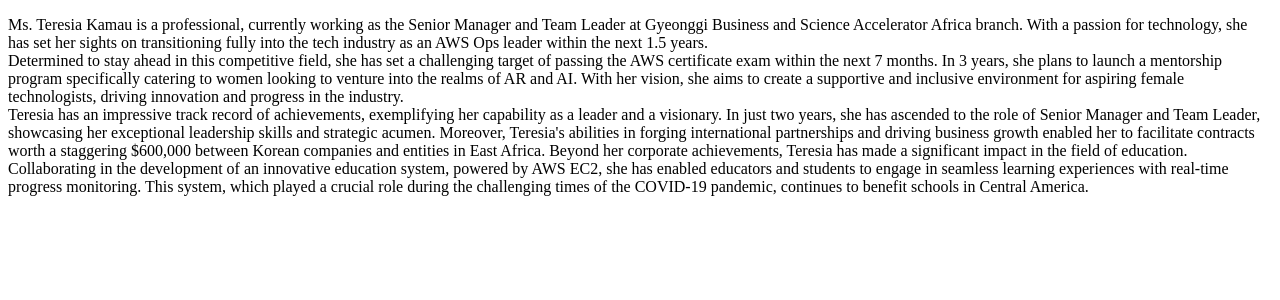
Repository: tessa5/developerPortfolio
Page: public/bio.html
The author's editor kept a copy of each file at every save. The page is drawn from the files as they stood at one save, then again after the next save.
The browser window is 1280 px wide. The pictures show the whole page.

Above is the page before, as saved 2023-08-07 12:43:11.

After the next save:
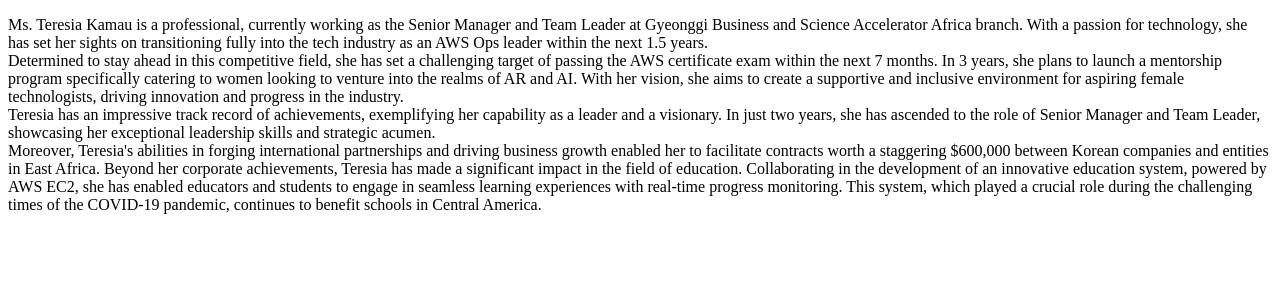
Saved 16 s later.
--- a/public/bio.html
+++ b/public/bio.html
@@ -9,7 +9,7 @@
     <p class="bio">
         Ms. Teresia Kamau is a professional, currently working as the Senior Manager and Team Leader at Gyeonggi Business and Science Accelerator Africa branch. With a passion for technology, she has set her sights on transitioning fully into the tech industry as an AWS Ops leader within the next 1.5 years. <br/>Determined to stay ahead in this competitive field, she has set a challenging target of passing the AWS certificate exam within the next 7 months.
 In 3 years, she plans to launch a mentorship program specifically catering to women looking to venture into the realms of AR and AI. With her vision, she aims to create a supportive and inclusive environment for aspiring female technologists, driving innovation and progress in the industry.
-<br/>Teresia has an impressive track record of achievements, exemplifying her capability as a leader and a visionary. In just two years, she has ascended to the role of Senior Manager and Team Leader, showcasing her exceptional leadership skills and strategic acumen. Moreover, Teresia's abilities in forging international partnerships and driving business growth enabled her to facilitate contracts worth a staggering $600,000 between Korean companies and entities in East Africa.
+<br/>Teresia has an impressive track record of achievements, exemplifying her capability as a leader and a visionary. In just two years, she has ascended to the role of Senior Manager and Team Leader, showcasing her exceptional leadership skills and strategic acumen. <br/>Moreover, Teresia's abilities in forging international partnerships and driving business growth enabled her to facilitate contracts worth a staggering $600,000 between Korean companies and entities in East Africa.
 Beyond her corporate achievements, Teresia has made a significant impact in the field of education. Collaborating in the development of an innovative education system, powered by AWS EC2, she has enabled educators and students to engage in seamless learning experiences with real-time progress monitoring. This system, which played a crucial role during the challenging times of the COVID-19 pandemic, continues to benefit schools in Central America.
 
     </p>
